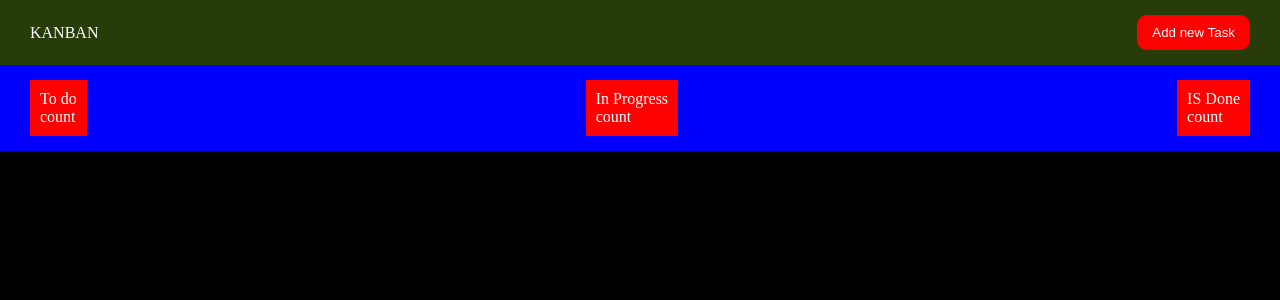
Repository: Sandeepji-5/Kanban-board
Page: index.html
An editor plug-in stored every save of this project. The page is shown before and after the next save, followed by the edit.
The browser window is 1280 px wide. The pictures show the whole page.

Above is the page before, as saved 2025-12-08 18:17:20.

After the next save:
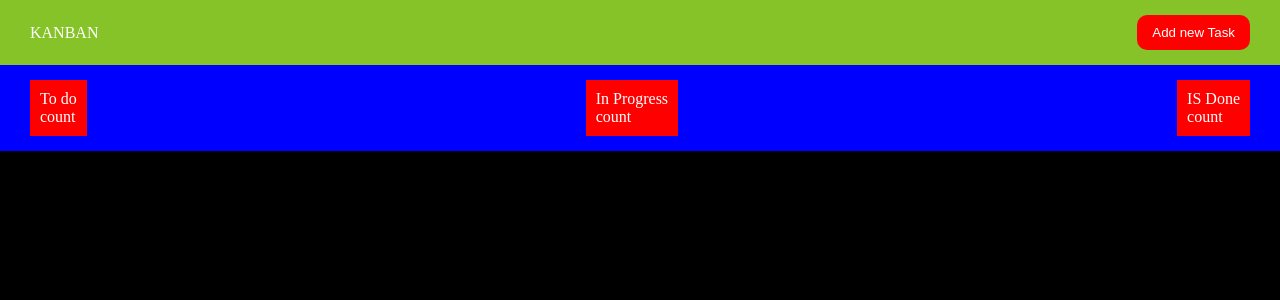
Saved 110 s later.
--- a/style.css
+++ b/style.css
@@ -49,7 +49,7 @@ main{
     height: 100px;
     width: 100%;
     flex-direction: column;
-    background-color: rgb(40, 60, 9);
+    background-color: rgb(133, 195, 41);
 
 }
 
